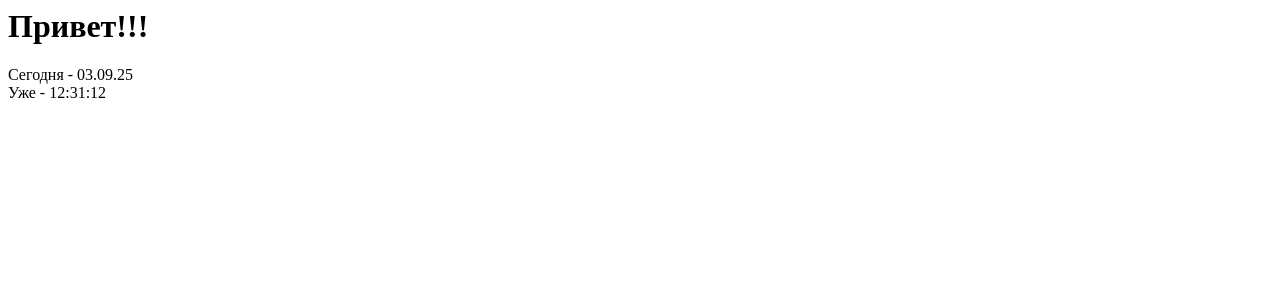
Repository: ssezmar/php...
Page: http://localhost/
The author's editor kept a copy of each file at every save. The page is drawn from the files as they stood at one save, then again after the next save.
The browser window is 1280 px wide. The pictures show the whole page.
The page is run by PHP 8.4 with error messages shown; the project is at /var/www/html/.

Above is the page before, as saved 2025-09-10 12:04:32.

After the next save:
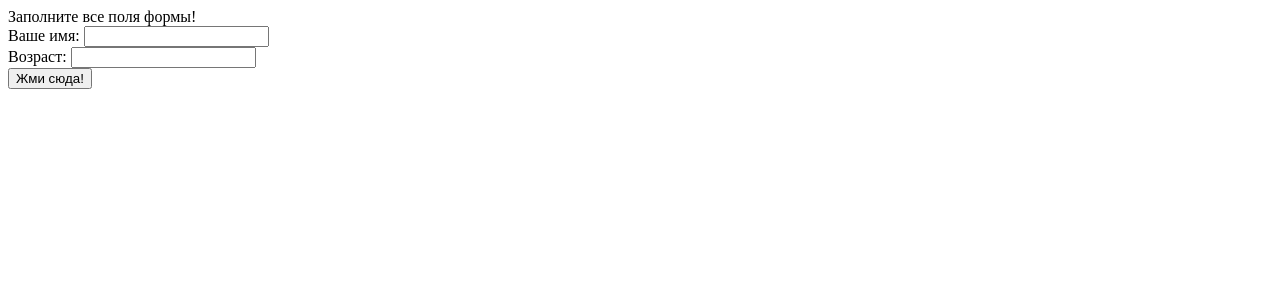
Saved 27 s later.
--- a/public_html/index.php
+++ b/public_html/index.php
@@ -1,13 +1,37 @@
 <html>
 <body>
-<h1> Привет!!!</h1>
-<?php
-$dat=date("d.m.y");
-/* заносим значение функции date("d.m.y") в формате день-месяц-год в переменную $dat */
-$tm=date("h:i:s");
-echo "Сегодня - $dat <br>\n";
-/* выводим значение переменной $dat на экран. \n - соответствует символу перевода строки*/
-echo " Уже - $tm<br>\n";
+<?php  if (empty($_GET['doGo'])|| empty($_GET['name']) || empty($_GET['age'])) {
+/*Проверяем пустые ли переменные $doGo $name $age (функция empty()) 	Если пустые, то выводится форма */
 ?>
-</body>
-</htm>
+  	Заполните все поля формы! <br>
+	<FORM ACTION="2.php">
+        Ваше имя: <input type=text name="name"><br>
+        Возраст: <input type=text name="age"><br>
+        <input type=submit name="doGo" value="Жми сюда!">
+	</form>
+
+<?php } else {
+/* В противном случае выводим значение переменных на экран*/
+?>
+Привет <?php echo ($_GET['name']) ?>! <br>
+Мы знаем о вас все:<br>
+Вам <?php echo($_GET['age'])?> лет!<br>
+
+<!--Запрашиваем переменную окружения REMOTE_ADDR (IP-адрес хоста) и заносим ее в переменную $host -->
+
+<?php $host = getenv('REMOTE_ADDR')?>
+
+<!-- Выводим значение переменной $host на экран -->
+
+Ваш IP-адрес  <?php echo($host) ?><br>
+
+<!--	Запрашиваем переменную окружения HTTP_USER_AGENT (идентифицирует браузер пользователя) и заносим ее в переменную $br -->
+
+<?php $br = getenv('HTTP_USER_AGENT')?>
+
+<!-- Выводим значение переменной $br на экран -->
+
+Вы используете броузер  <?php echo($br) ?>
+<?php }?>
+</BODY>
+</HTML>
